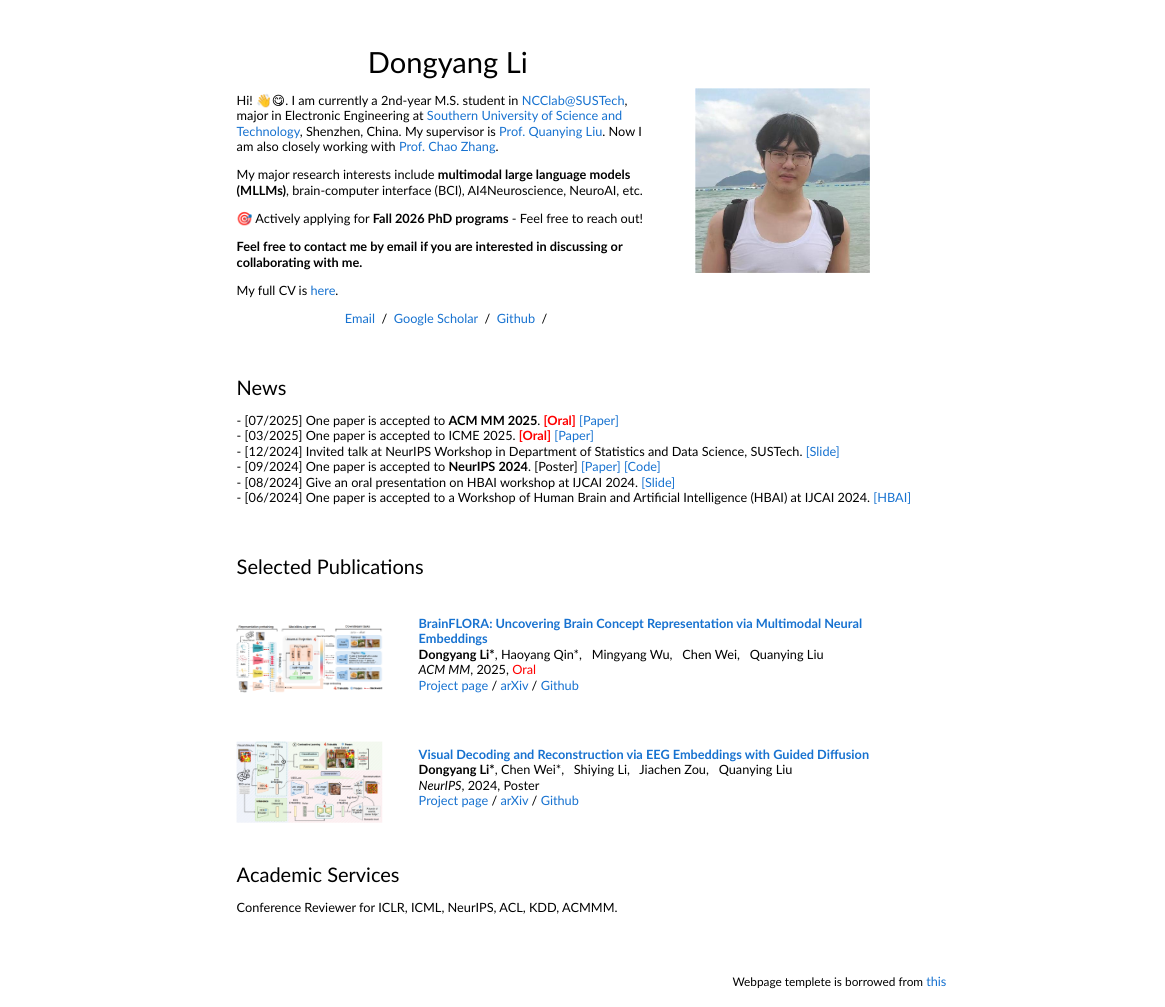
Repository: dongyangli-del/dongyangli-del.github.io
Page: index.html
These files come from the project's save history. The page is drawn as it stood at one moment and after a run of saves; the edit follows.
The browser window is 1280 px wide. The pictures show the whole page, at 91% of full size.

Above is the page before, as saved 2025-07-12 21:33:04.

### index.html
<!DOCTYPE HTML>
<html lang="en">
  <head>

    <meta http-equiv="Content-Type" content="text/html; charset=UTF-8">

    <title>Dongyang Li (李东洋)</title>

    <meta name="author" content="Dongyang Li (李东洋)">
    <meta name="viewport" content="width=device-width, initial-scale=1">

    <link rel="stylesheet" type="text/css" href="stylesheet.css">
    <link rel="icon" href="data:[embedded picture, 141 characters]">
  </head>

  <body>
    <!-- <div class="content">
      <table style="width:100%;border:0px;border-spacing:0px;border-collapse:separate;margin-right:auto;margin-left:auto;"><tbody>
        <tr style="padding:0px">
          <td style="padding:2.5%;width:63%;vertical-align:middle">
            <p class="name" style="text-align: center;">
              Dongyang Li
            </p>

            </p>
            <p>

            </p>
            <p style="text-align:center">
            </p>
          </td>
          <td style="padding:2.5%;width:40%;max-width:40%">
            <a href="myassets/profile.jpg"><img style="width:100%;max-width:100%" alt="profile photo" src="myassets/profile.jpg" class="hoverZoomLink"></a>
          </td>
        </tr>
      </tbody></table>
    </div> -->
    <table style="width:100%;max-width:800px;border:0px;border-spacing:0px;border-collapse:separate;margin-right:auto;margin-left:auto;"><tbody>
      <tr style="padding:0px">
        <td style="padding:0px">
          <table style="width:100%;border:0px;border-spacing:0px;border-collapse:separate;margin-right:auto;margin-left:auto;"><tbody>
            <tr style="padding:0px">
              <td style="padding:2.5%;width:63%;vertical-align:middle">
                <p class="name" style="text-align: center;">
                  Dongyang Li
                </p>
                <p>
                  Hi! 👋😋.
                  I am currently a 2nd-year M.S. student in <a href="https://faculty.sustech.edu.cn/?tagid=liuqy&iscss=1&snapid=1&orderby=date&go=1">NCClab@SUSTech</a>, major in Electronic Engineering at <a href="https://www.sustech.edu.cn/en/">Southern University of Science and Technology</a>, Shenzhen, China.
                  My supervisor is <a href="https://www.sustech.edu.cn/zh/faculties/liuquanying.html">Prof. Quanying Liu</a>. Now I am also closely working with <a href="https://mi.eng.cam.ac.uk/~cz277/">Prof. Chao Zhang</a>.
                </p>
                <p>
                  My major research interests include <strong>multimodal large language models (MLLMs)</strong>, brain-computer interface (BCI), AI4Neuroscience, NeuroAI, etc.
                </p>
                <p>🎯 Actively applying for <strong>Fall 2026 PhD programs</strong> - Feel free to reach out!</p> <span style="color: black; font-weight: bold;">Feel free to contact me by email if you are interested in discussing or collaborating with me.</span>


                <p>
                  My full CV is <a href="https://dongyangli-del.github.io/files/Dongyang_Li_CV.pdf">here</a>.
                </p>
                <p style="text-align:center">
                  <a href="lidy2023@mail.sustech.edu.cn">Email</a> &nbsp;/&nbsp;
                  <a href="https://scholar.google.com/citations?user=4VTOeU4AAAAJ&hl=zh-CN&oi=ao">Google Scholar</a> &nbsp;/&nbsp;
                  <a href="https://github.com/dongyangli-del">Github</a> &nbsp;/&nbsp;
                  <!-- <a href="https://www.linkedin.com/in/yingqing-he-6b2859168/">LinkedIn</a> -->
                </p>
              </td>
              <td style="padding:2.5%;width:40%;max-width:40%">
                <a href="myassets/profile.jpg"><img style="width:75%;max-width:100%" alt="profile photo" src="myassets/profile.jpg" class="hoverZoomLink"></a>
              </td>
            </tr>
          </tbody></table>

          <table style="width:100%;border:0px;border-spacing:0px;border-collapse:separate;margin-right:auto;margin-left:auto;"><tbody>
            <tr>
            <td style="padding:20px;width:100%;vertical-align:middle">
              <h2>News</h2>
              <p>
                - [07/2025] One paper is accepted to <strong>ACM MM 2025</strong>. <span style="color: red; font-weight: bold;">[Oral]</span> <a href="https://arxiv.org/pdf/2410.23754">[Paper]</a><br>

                - [03/2025] One paper is accepted to ICME 2025. <span style="color: red; font-weight: bold;">[Oral]</span> <a href="https://arxiv.org/pdf/2410.23754">[Paper]</a><br>

                - [12/2024] Invited talk at NeurIPS Workshop in Department of Statistics and Data Science, SUSTech. <a href="https://dongyangli-del.github.io/files/DongyangLi-20241201.pdf">[Slide]</a><br>

                - [09/2024] One paper is accepted to <strong>NeurIPS 2024</strong>. [Poster] <a href="https://arxiv.org/abs/2403.07721">[Paper]</a> <a href="https://github.com/dongyangli-del/EEG_Image_decode">[Code]</a> <br>

                - [08/2024] Give an oral presentation on HBAI workshop at IJCAI 2024. <a href="https://dongyangli-del.github.io/files/HBAI_2024_DongyangLi.pdf">[Slide]</a><br>

                - [06/2024] One paper is accepted to a Workshop of Human Brain and Artificial Intelligence (HBAI) at IJCAI 2024. <a href="https://hbai2024.github.io/">[HBAI]</a><br>

                <!-- - [10/2024] <font style="color: #d07c22">Invited talk</font> at <a href="https://venue-tutorial.github.io/">ECCV 2024 VENUE (Recent Advances in Video Content Understanding and Generation) Tutorial</a>
                 on the topic of <i>"LLMs Meet image and video generation"</i>.
                 The slides are available at our <a href="https://github.com/YingqingHe/Awesome-LLMs-meet-Multimodal-Generation/blob/main/ECCV2024-VENUE-Tutorial-Slides-LLM-Meet-Image-and-Video-Generation.pdf">Github repo</a>.<br>
                - [08/2024] <font style="color: #d07c22">Invited talk</font> at <a href="https://hunyuan.tencent.com/">Tencent Hunyuan</a>
                 on the topic of <i>"LLMs Meet Multimodal Generation and Editing"</i><br>
                - [08/2024] 1 paper was accepted to <font style="color: #D8429E">ECCV 2024 AI4VA Workshop</font>.<br>
                - [07/2024] 1 paper was accepted to <font style="color: #D8429E">SIGGRAPH Asia 2024</font>.<br>
                - [07/2024] 1 paper was accepted to <font style="color: #D8429E">ECCV 2024</font>.<br>
                - [05/2024] We released a survey paper: <a href="https://arxiv.org/abs/2405.19334">LLMs Meet Multimodal Generation and Editing: A Survey</a>.<br>
                - [03/2024] <font style="color: #d07c22">Invited talk</font> at <a href="https://www.meituan.com/">Meituan</a> on the topic of <i>"Recent Advance of Text-to-Video Generation"</i>.<br>
                - [03/2024] 1 paper was accepted to <font style="color: #D8429E">CVPR 2024</font>.<br>
                - [02/2024] 1 paper was accepted to <font style="color: #D8429E">TVCG 2024</font>.<br>
                - [01/2024] 2 papers were accepted to <font style="color: #D8429E">ICLR 2024</font> (including 1 Spotlight paper).<br>
                - [12/2023] 1 paper was accepted to <font style="color: #D8429E">AAAI 2024</font>.<br>
                - [11/2023] Released <a href="https://arxiv.org/abs/2310.19512">VideoCrafter 1</a>.<br>
                - [08/2023] 1 paper was accepted to <font style="color: #D8429E">SIGGRAPH Asia 2023</font>.<br>
                - [06/2023] <font style="color: #d07c22">Invited talk</font> at <a href="https://sites.google.com/view/loveucvpr23/home">CVPR 2023 LOVEU Workshop</a> on the topic of <i>"Crafting Your Videos: From Unconditional to <br>
                  &nbsp; &nbsp; &nbsp;&nbsp; &nbsp; &nbsp;&nbsp; &nbsp; &nbsp;&nbsp; &nbsp; &nbsp;&nbsp; &nbsp; &nbsp;&nbsp;&nbsp;
                  Controllable Video Diffusion Models"</i>.<br>
                - [04/2023] Released <a href="https://github.com/AILab-CVC/VideoCrafter">VideoCrafter 0.9</a>.<br>
                - [08/2021] 1 paper was accepted to <font style="color: #D8429E">ACM MM 2021</font> as an <font style="color: #D8429E">Oral</font> paper.<br>  -->
              </p>
            </td>
            </tr>
          </tbody></table>
          <table style="width:100%;border:0px;border-spacing:0px;border-collapse:separate;margin-right:auto;margin-left:auto;"><tbody>

    <table style="width:100%;border:0px;border-spacing:0px;border-collapse:separate;margin-right:auto;margin-left:auto;">
      <tbody>
      <tr>
        <td style="padding:20px;width:100%;vertical-align:middle">
          <h2>Selected Publications</h2>
          <!-- <p>
            I'm interested in computer vision, generative models, image/video generation and editing.
          </p> -->
        </td>
      </tr>
      </tbody>
    </table>
    <table style="width:100%;border:0px;border-spacing:0px;border-collapse:separate;margin-right:auto;margin-left:auto;"><tbody>


      <!-- BrainFLORA -->
      <tr>
        <td style="padding:20px;width:25%;vertical-align:middle">
          <img src='myassets/BrainFLORA.png' width="100%">
        </td>
        <td style="padding:20px;width:75%;vertical-align:middle">
          <a href="https://github.com/dongyangli-del/BrainFLORA">
            <span class="papertitle">BrainFLORA: Uncovering Brain Concept Representation via Multimodal Neural Embeddings</span>
          </a>
          <br>
          <strong>Dongyang Li*</strong>,
          <font style="color:black;">Haoyang Qin*, </font> &nbsp;
          <font style="color: black;">Mingyang Wu, </font> &nbsp;
          <font style="color: black;">Chen Wei, </font> &nbsp;
          <font style="color: black;">Quanying Liu </font> &nbsp;
          <br>
          <em>ACM MM</em>, 2025, <font style="color:red;">Oral</font>
          <br>
          <a href="https://github.com/dongyangli-del/BrainFLORA">Project page</a> /
          <a href="https://arxiv.org/pdf/2403.07721">arXiv</a> /
          <a href="https://github.com/dongyangli-del/BrainFLORA">Github</a>
          <p></p>
          <p>
          </p>
        </td>
      </tr>


      <!-- EEG_Image_Decode -->
      <tr>
        <td style="padding:20px;width:25%;vertical-align:middle">
          <img src='myassets/EEG_Image_decode.png' width="100%">
        </td>
        <td style="padding:20px;width:75%;vertical-align:middle">
          <a href="https://github.com/dongyangli-del/EEG_Image_decode/">
            <span class="papertitle">Visual Decoding and Reconstruction via EEG Embeddings with Guided Diffusion</span>
          </a>
          <br>
          <strong>Dongyang Li*</strong>,
          <font style="color:black;">Chen Wei*, </font> &nbsp;
          <font style="color: black;">Shiying Li, </font> &nbsp;
          <font style="color: black;">Jiachen Zou, </font> &nbsp;
          <font style="color: black;">Quanying Liu </font> &nbsp;
          <br>
          <em>NeurIPS</em>, 2024, Poster
          <br>
          <a href="https://dongyangli-del.github.io/EEG_Image_Decode/">Project page</a> /
          <a href="https://arxiv.org/pdf/2403.07721">arXiv</a> /
          <a href="https://github.com/dongyangli-del/EEG_Image_decode">Github</a>
          <p></p>
          <p>
          </p>
        </td>
      </tr>



    <table style="width:100%;border:0px;border-spacing:0px;border-collapse:separate;margin-right:auto;margin-left:auto;"><tbody>
      <tr>
      <td style="padding:20px;width:100%;vertical-align:middle">
        <h2>Academic Services</h2>
        <p>
          Conference Reviewer for ICLR, ICML, NeurIPS, ACL, KDD, ACMMM.<br>
          <!-- Journal Reviewer for TPAMI, IJCV, ACM Computing Surveys. -->
        </p>
      </td>
    </tr>
    </tbody></table>
    <table style="width:100%;border:0px;border-spacing:0px;border-collapse:separate;margin-right:auto;margin-left:auto;"><tbody>

    <!-- </tbody></table>
          <table width="100%" align="center" border="0" cellspacing="0" cellpadding="20"><tbody>
            <tr>
              <td>
                <h2>Miscellanea</h2>
              </td>
            </tr>
          </tbody></table>
          <table width="100%" align="center" border="0" cellpadding="20"><tbody>

            <tr>
              <td style="padding:20px;width:25%;vertical-align:middle"><img src="images/cvf.jpg"></td>
              <td width="75%" valign="center">
                <a href="https://cvpr2023.thecvf.com/Conferences/2023/Organizers">Demo Chair, CVPR 2023</a>
          <br>
                <a href="https://cvpr2022.thecvf.com/area-chairs">Area Chair, CVPR 2022</a>
                <br>
                <a href="http://cvpr2021.thecvf.com/area-chairs">Area Chair & Longuet-Higgins Award Committee Member, CVPR 2021</a>
                <br>
                <a href="http://cvpr2019.thecvf.com/area_chairs">Area Chair, CVPR 2019</a>
                <br>
                <a href="http://cvpr2018.thecvf.com/organizers/area_chairs">Area Chair, CVPR 2018</a>
              </td>
            </tr>
            <tr>
              <td style="padding:20px;width:25%;vertical-align:middle">
                <img src="images/cs188.jpg" alt="cs188">
              </td>
              <td width="75%" valign="center">
                <a href="http://inst.eecs.berkeley.edu/~cs188/sp11/announcements.html">Graduate Student Instructor, CS188 Spring 2011</a>
                <br>
                <a href="http://inst.eecs.berkeley.edu/~cs188/fa10/announcements.html">Graduate Student Instructor, CS188 Fall 2010</a>
                <br>
                <a href="http://aima.cs.berkeley.edu/">Figures, "Artificial Intelligence: A Modern Approach", 3rd Edition</a>
              </td>
            </tr>


            <tr>
              <td align="center" style="padding:20px;width:25%;vertical-align:middle">
                <h2>Basically <br> Blog Posts</h2>
              </td>
              <td width="75%" valign="middle">
                <a href="https://arxiv.org/abs/2112.11687">Squareplus: A Softplus-Like Algebraic Rectifier</a>
                <br>
                <a href="https://arxiv.org/abs/2010.09714">A Convenient Generalization of Schlick's Bias and Gain Functions</a>
                <br>
                <a href="https://arxiv.org/abs/1704.07483">Continuously Differentiable Exponential Linear Units</a>
                <br>
                <a href="https://jonbarron.info/data/cvpr2023_llm_workshop_annotated.pdf">Scholars & Big Models: How Can Academics Adapt?</a>
              </td>
            </tr>
          </tbody></table> -->


          <table style="width:100%;border:0px;border-spacing:0px;border-collapse:separate;margin-right:auto;margin-left:auto;"><tbody>
            <tr>
              <td style="padding:0px">
                <br>
                <p style="text-align:right;font-size:small;">
                  <!-- Feel free to steal this website's <a href="https://github.com/jonbarron/jonbarron_website">source code</a>. <strong>Do not</strong> scrape the HTML from this page itself, as it includes analytics tags that you do not want on your own website &mdash; use the github code instead. Also, consider using <a href="https://leonidk.com/">Leonid Keselman</a>'s <a href="https://github.com/leonidk/new_website">Jekyll fork</a> of this page. -->
                  Webpage templete is borrowed from <a href="https://github.com/jonbarron/jonbarron_website">this</a>
                </p>
              </td>
            </tr>
          </tbody></table>
        </td>
      </tr>
    </table>
  </body>
</html>

### stylesheet.css
/* latin-ext */
.content {
  width: 1000px;
  padding: 25px 50px;
  margin: 25px auto;
  background-color: white;
  box-shadow: 0px 0px 10px #999;
  border-radius: 15px;
  font-family: "Google Sans";
}

@font-face {
  font-family: 'Lato';
  font-style: italic;
  font-weight: 400;
  src: local('Lato Italic'), local('Lato-Italic'), url(https://fonts.gstatic.com/s/lato/v15/S6u8w4BMUTPHjxsAUi-qNiXg7eU0.woff2) format('woff2');
  unicode-range: U+0100-024F, U+0259, U+1E00-1EFF, U+2020, U+20A0-20AB, U+20AD-20CF, U+2113, U+2C60-2C7F, U+A720-A7FF;
}
/* latin */
@font-face {
  font-family: 'Lato';
  font-style: italic;
  font-weight: 400;
  src: local('Lato Italic'), local('Lato-Italic'), url(https://fonts.gstatic.com/s/lato/v15/S6u8w4BMUTPHjxsAXC-qNiXg7Q.woff2) format('woff2');
  unicode-range: U+0000-00FF, U+0131, U+0152-0153, U+02BB-02BC, U+02C6, U+02DA, U+02DC, U+2000-206F, U+2074, U+20AC, U+2122, U+2191, U+2193, U+2212, U+2215, U+FEFF, U+FFFD;
}
/* latin-ext */
@font-face {
  font-family: 'Lato';
  font-style: italic;
  font-weight: 700;
  src: local('Lato Bold Italic'), local('Lato-BoldItalic'), url(https://fonts.gstatic.com/s/lato/v15/S6u_w4BMUTPHjxsI5wq_FQftx9897sxZ.woff2) format('woff2');
  unicode-range: U+0100-024F, U+0259, U+1E00-1EFF, U+2020, U+20A0-20AB, U+20AD-20CF, U+2113, U+2C60-2C7F, U+A720-A7FF;
}
/* latin */
@font-face {
  font-family: 'Lato';
  font-style: italic;
  font-weight: 700;
  src: local('Lato Bold Italic'), local('Lato-BoldItalic'), url(https://fonts.gstatic.com/s/lato/v15/S6u_w4BMUTPHjxsI5wq_Gwftx9897g.woff2) format('woff2');
  unicode-range: U+0000-00FF, U+0131, U+0152-0153, U+02BB-02BC, U+02C6, U+02DA, U+02DC, U+2000-206F, U+2074, U+20AC, U+2122, U+2191, U+2193, U+2212, U+2215, U+FEFF, U+FFFD;
}
/* latin-ext */
@font-face {
  font-family: 'Lato';
  font-style: normal;
  font-weight: 400;
  src: local('Lato Regular'), local('Lato-Regular'), url(https://fonts.gstatic.com/s/lato/v15/S6uyw4BMUTPHjxAwXiWtFCfQ7A.woff2) format('woff2');
  unicode-range: U+0100-024F, U+0259, U+1E00-1EFF, U+2020, U+20A0-20AB, U+20AD-20CF, U+2113, U+2C60-2C7F, U+A720-A7FF;
}
/* latin */
@font-face {
  font-family: 'Lato';
  font-style: normal;
  font-weight: 400;
  src: local('Lato Regular'), local('Lato-Regular'), url(https://fonts.gstatic.com/s/lato/v15/S6uyw4BMUTPHjx4wXiWtFCc.woff2) format('woff2');
  unicode-range: U+0000-00FF, U+0131, U+0152-0153, U+02BB-02BC, U+02C6, U+02DA, U+02DC, U+2000-206F, U+2074, U+20AC, U+2122, U+2191, U+2193, U+2212, U+2215, U+FEFF, U+FFFD;
}
/* latin-ext */
@font-face {
  font-family: 'Lato';
  font-style: normal;
  font-weight: 700;
  src: local('Lato Bold'), local('Lato-Bold'), url(https://fonts.gstatic.com/s/lato/v15/S6u9w4BMUTPHh6UVSwaPGQ3q5d0N7w.woff2) format('woff2');
  unicode-range: U+0100-024F, U+0259, U+1E00-1EFF, U+2020, U+20A0-20AB, U+20AD-20CF, U+2113, U+2C60-2C7F, U+A720-A7FF;
}
/* latin */
@font-face {
  font-family: 'Lato';
  font-style: normal;
  font-weight: 700;
  src: local('Lato Bold'), local('Lato-Bold'), url(https://fonts.gstatic.com/s/lato/v15/S6u9w4BMUTPHh6UVSwiPGQ3q5d0.woff2) format('woff2');
  unicode-range: U+0000-00FF, U+0131, U+0152-0153, U+02BB-02BC, U+02C6, U+02DA, U+02DC, U+2000-206F, U+2074, U+20AC, U+2122, U+2191, U+2193, U+2212, U+2215, U+FEFF, U+FFFD;
}

a {
  color: #1772d0;
  text-decoration: none;
}
/* a {
  color: #761478b2;
  text-decoration: none;
} */
a:focus,
a:hover {
  color: #f09228;
  text-decoration: none;
}

body,
td,
th,
tr,
/* tr {
  border-bottom: 1px solid rgb(183, 168, 192);
} */
p,
a {
  font-family: 'Lato', Verdana, Helvetica, sans-serif;
  font-size: 14px;
}

strong {
  font-family: 'Lato', Verdana, Helvetica, sans-serif;
  font-size: 14px;
}

h2 {
  margin: 0;
  font-weight: normal;
  font-family: 'Lato', Verdana, Helvetica, sans-serif;
  font-size: 22px;
}

.papertitle {
  font-family: 'Lato', Verdana, Helvetica, sans-serif;
  font-size: 14px;
  font-weight: 700;
}

.name {
  padding-top: 20px;
  margin: 0;
  font-family: 'Lato', Verdana, Helvetica, sans-serif;
  font-size: 32px;
}

.one {
  width: 200px;
  height: 200px;
  position: relative;

}

.two {
  width: 200px;
  height: 200px;
  position: absolute;
  transition: opacity .2s ease-in-out;
  -moz-transition: opacity .2s ease-in-out;
  -webkit-transition: opacity .2s ease-in-out;
}

.fade {
  transition: opacity .2s ease-in-out;
  -moz-transition: opacity .2s ease-in-out;
  -webkit-transition: opacity .2s ease-in-out;
}

span.highlight {
  background-color: #ffffd0;
}

After the next 2 saves:
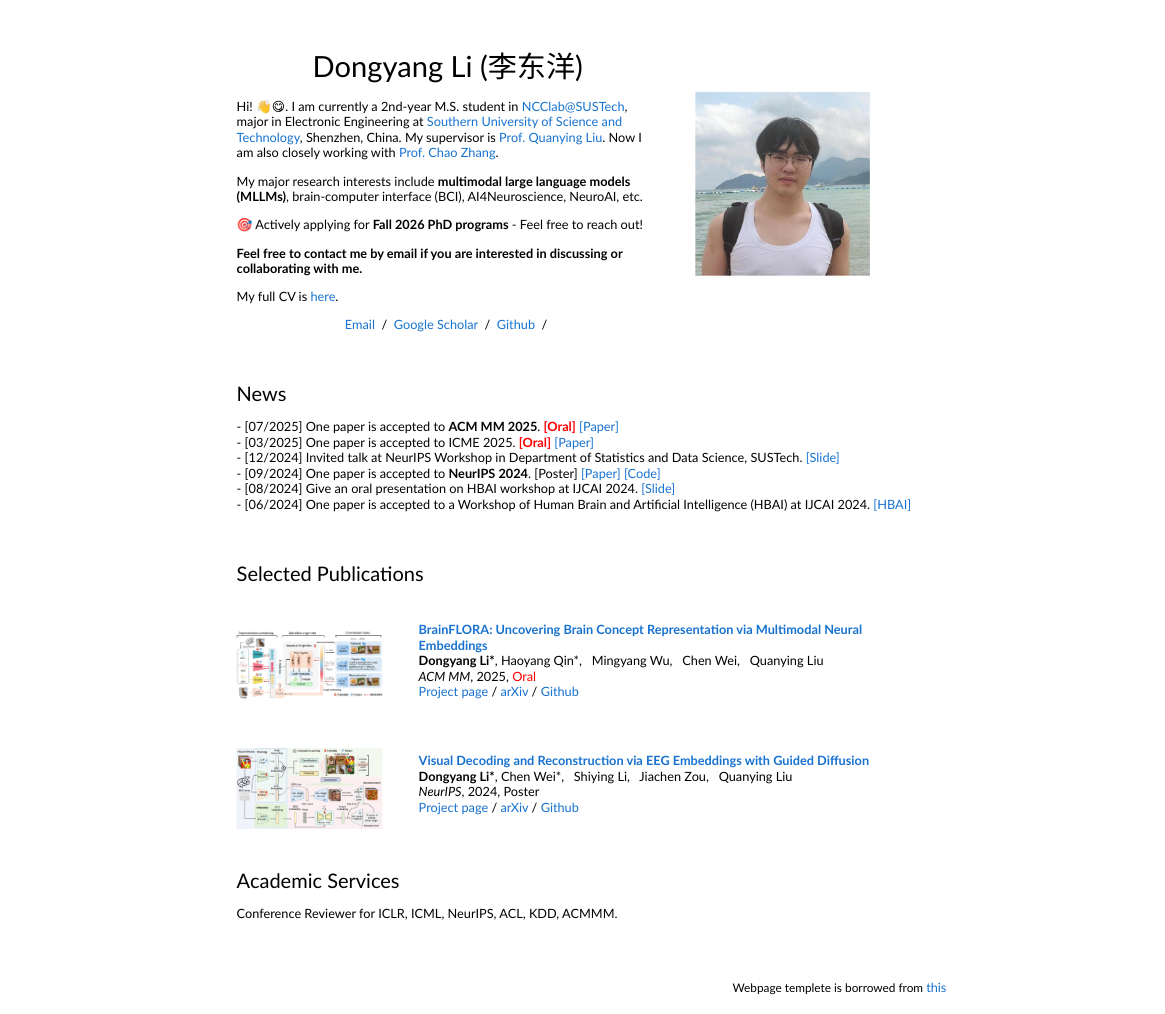
The 2 saves are shown as one change because they came seconds apart.
The last was saved 37 s later.
--- a/index.html
+++ b/index.html
@@ -42,7 +42,7 @@
             <tr style="padding:0px">
               <td style="padding:2.5%;width:63%;vertical-align:middle">
                 <p class="name" style="text-align: center;">
-                  Dongyang Li
+                  Dongyang Li (李东洋)
                 </p>
                 <p>
                   Hi! 👋😋.
